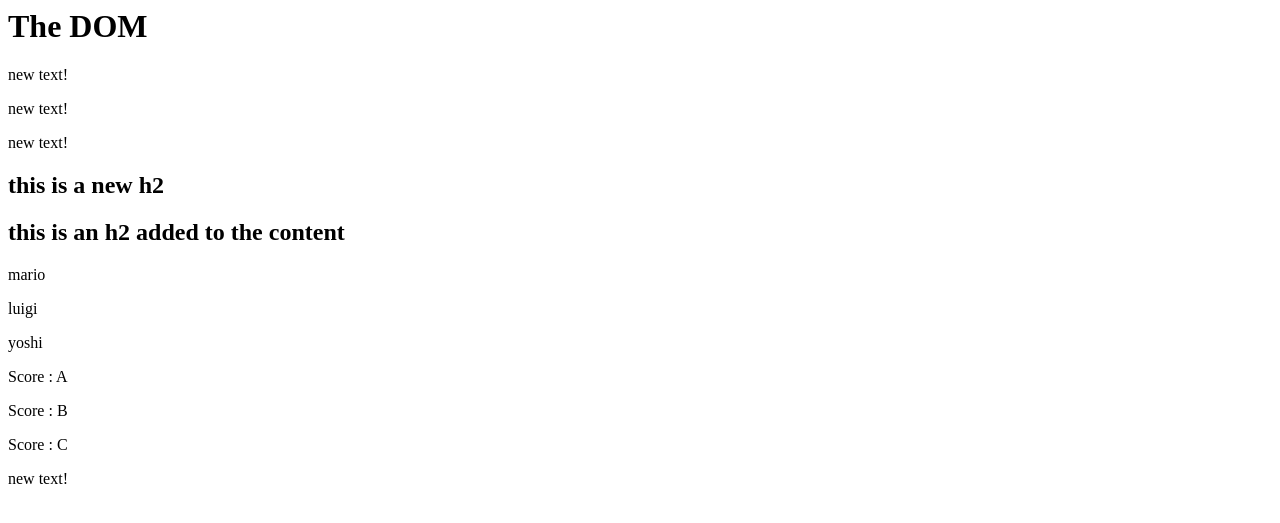
Repository: Rizwanelx/JavaScript
Page: DOM/Adding&Changing_Page_Content/index.html
An editor plug-in stored every save of this project. The page is shown before and after the next save, followed by the edit.
The browser window is 1280 px wide. The pictures show the whole page.

Above is the page before, as saved 2019-11-03 17:00:47.

After the next save:
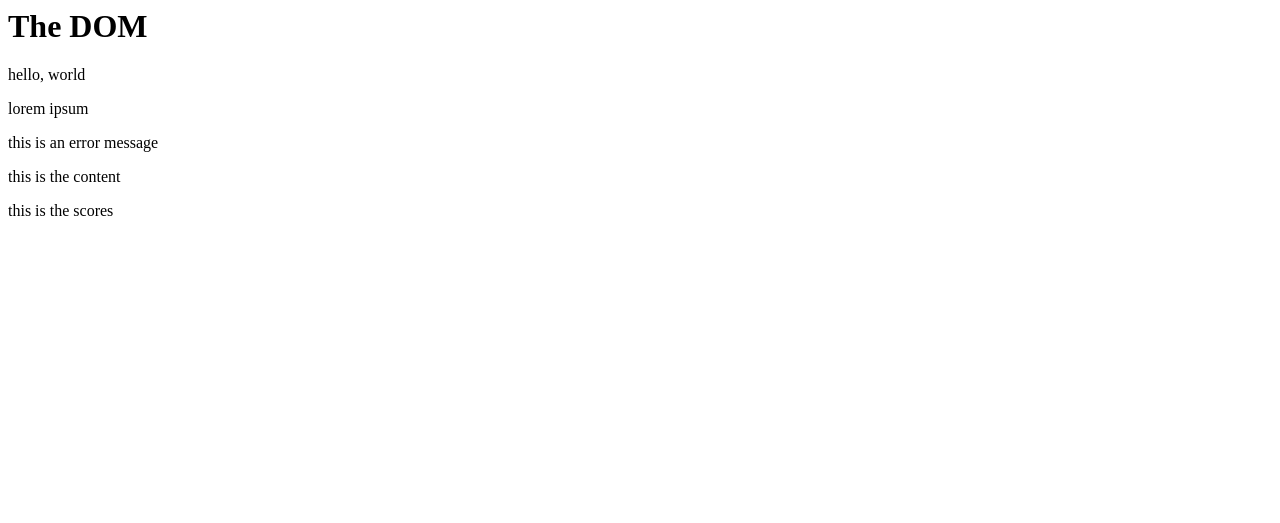
Console error: SyntaxError: Unexpected token '.'
Saved 94 s later.
--- a/DOM/Adding&Changing_Page_Content/sandbox.js
+++ b/DOM/Adding&Changing_Page_Content/sandbox.js
@@ -26,11 +26,12 @@
 
 const people = ['mario', 'luigi', 'yoshi'];
 // Showing content  of array  element
-const scores = ['A', 'B', 'C'];
 
 people.forEach(person => {
     content.innerHTML += `<p>${person}</p>`;
 });
+const game = document.querySelector(.scores)
+const scores = ['A', 'B', 'C'];
 
 scores.forEach(score => {
     content.innerHTML += ` <p>Score :  ${score} </p>`

After the 2 saves that followed:
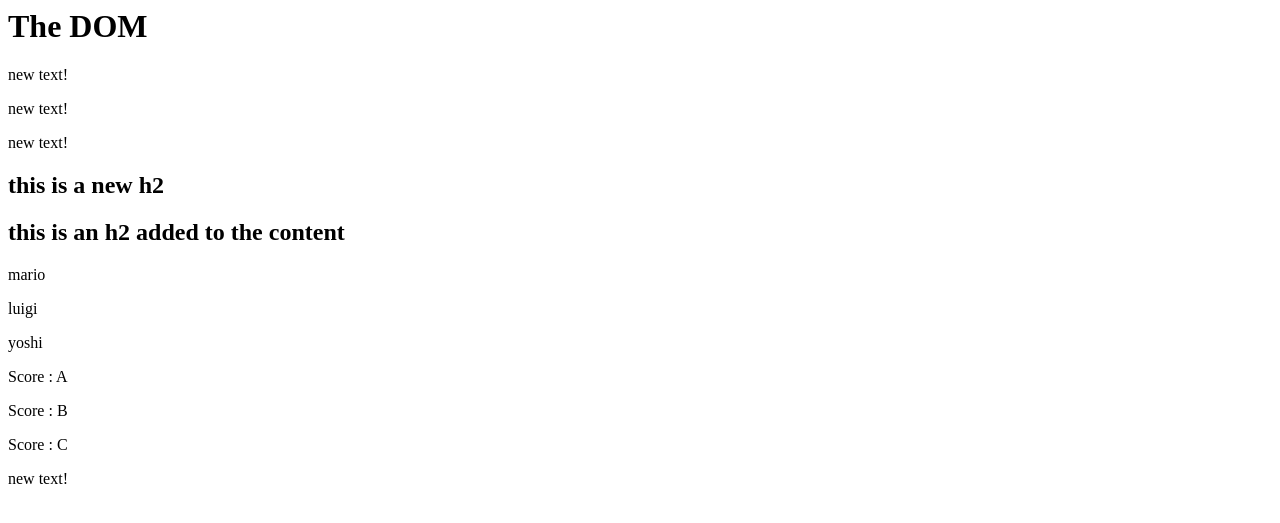
The error is gone.
The 2 saves are shown as one change because 1 left the picture as it was.
The last was saved 42 s later.
--- a/DOM/Adding&Changing_Page_Content/index.html
+++ b/DOM/Adding&Changing_Page_Content/index.html
@@ -20,7 +20,7 @@
     <div class="content">
         <p>this is the content</p>
     </div>
-    <div class="scores">
+    <div class="result">
         <p>this is the scores</p>
     </div>
     <script src="sandbox.js"></script>
--- a/DOM/Adding&Changing_Page_Content/sandbox.js
+++ b/DOM/Adding&Changing_Page_Content/sandbox.js
@@ -30,7 +30,7 @@
 people.forEach(person => {
     content.innerHTML += `<p>${person}</p>`;
 });
-const game = document.querySelector(.scores)
+const result = document.querySelector('.result')
 const scores = ['A', 'B', 'C'];
 
 scores.forEach(score => {
